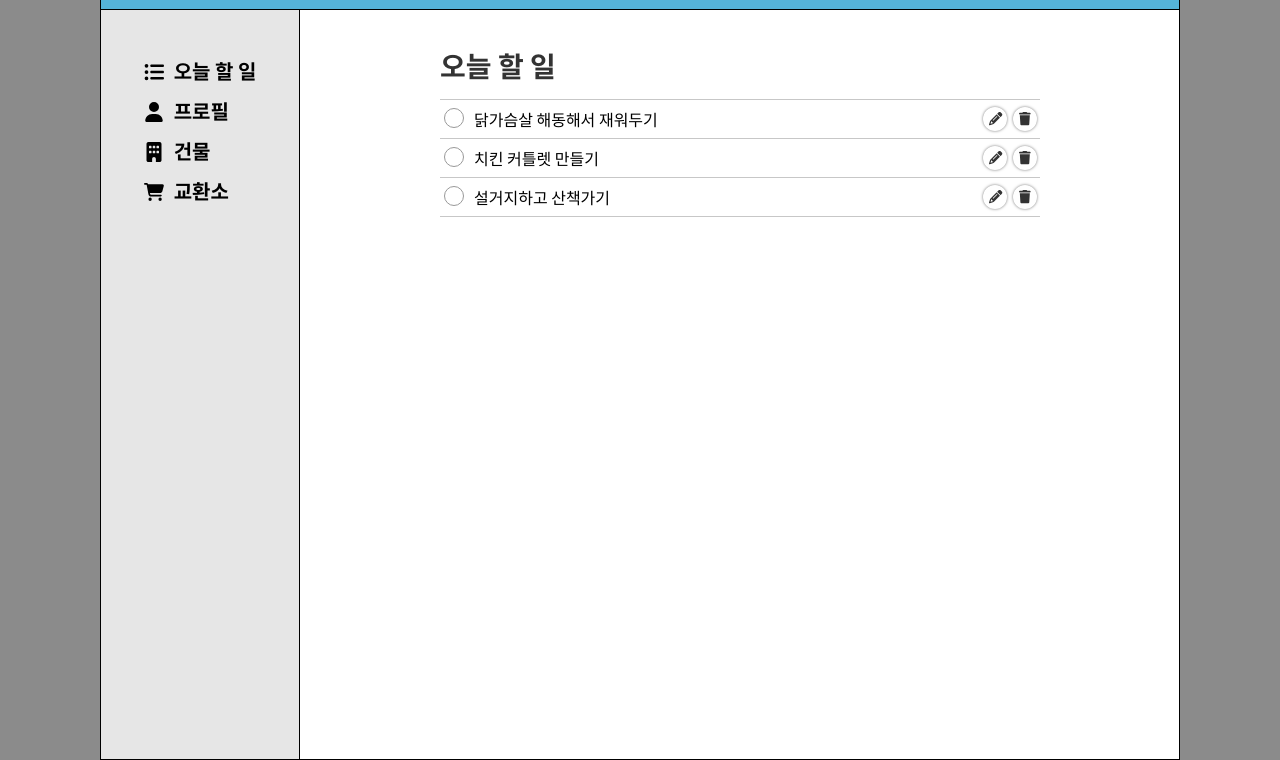
Repository: sunoo-lee/toVillage-old
Page: /#/
These files come from the project's save history. The page is drawn as it stood at one moment and after the next save; the edit follows.
The browser window is 1280 px wide. The pictures show the whole page.
The project was rebuilt for these pictures with package versions that can differ from the ones it lists, and the page was loaded fresh each time. Also part of the build but not shown: src/routes/Auth.js, src/routes/Profile.js, src/routes/Building.js, src/routes/Trade.js.

Above is the page before, as saved 2022-10-13 02:02:59.

After the next save:
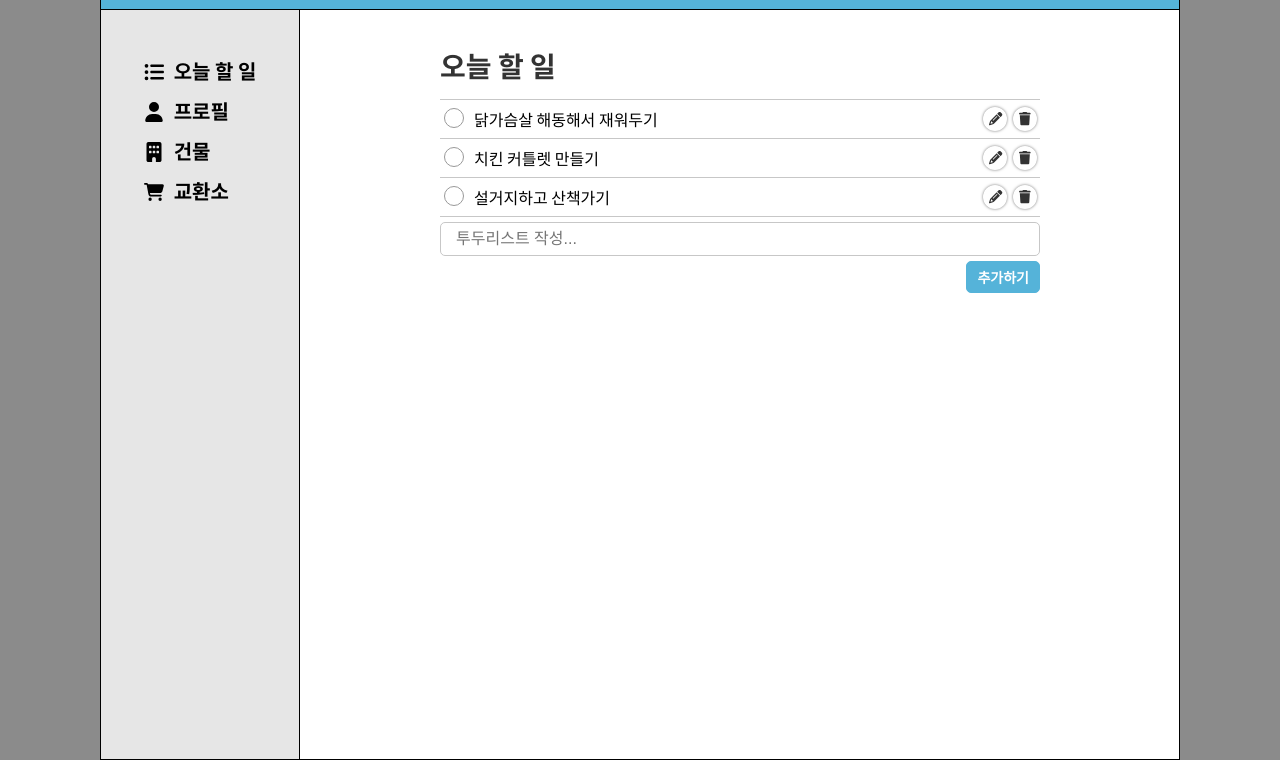
Saved 9 s later.
--- a/src/components/Main.js
+++ b/src/components/Main.js
@@ -3,6 +3,7 @@ import { FontAwesomeIcon } from "@fortawesome/react-fontawesome";
 import { faTrash, faPencilAlt } from "@fortawesome/free-solid-svg-icons";
 import styles from "./Main.module.css";
 import Todo from "./Todo";
+import AddForm from "./AddForm";
 
 const Main = () => {
   const [toDo, setToDo] = useState("");
@@ -50,6 +51,7 @@ const Main = () => {
           />
         ))}
       </ul>
+      <AddForm />
     </div>
   );
 };
